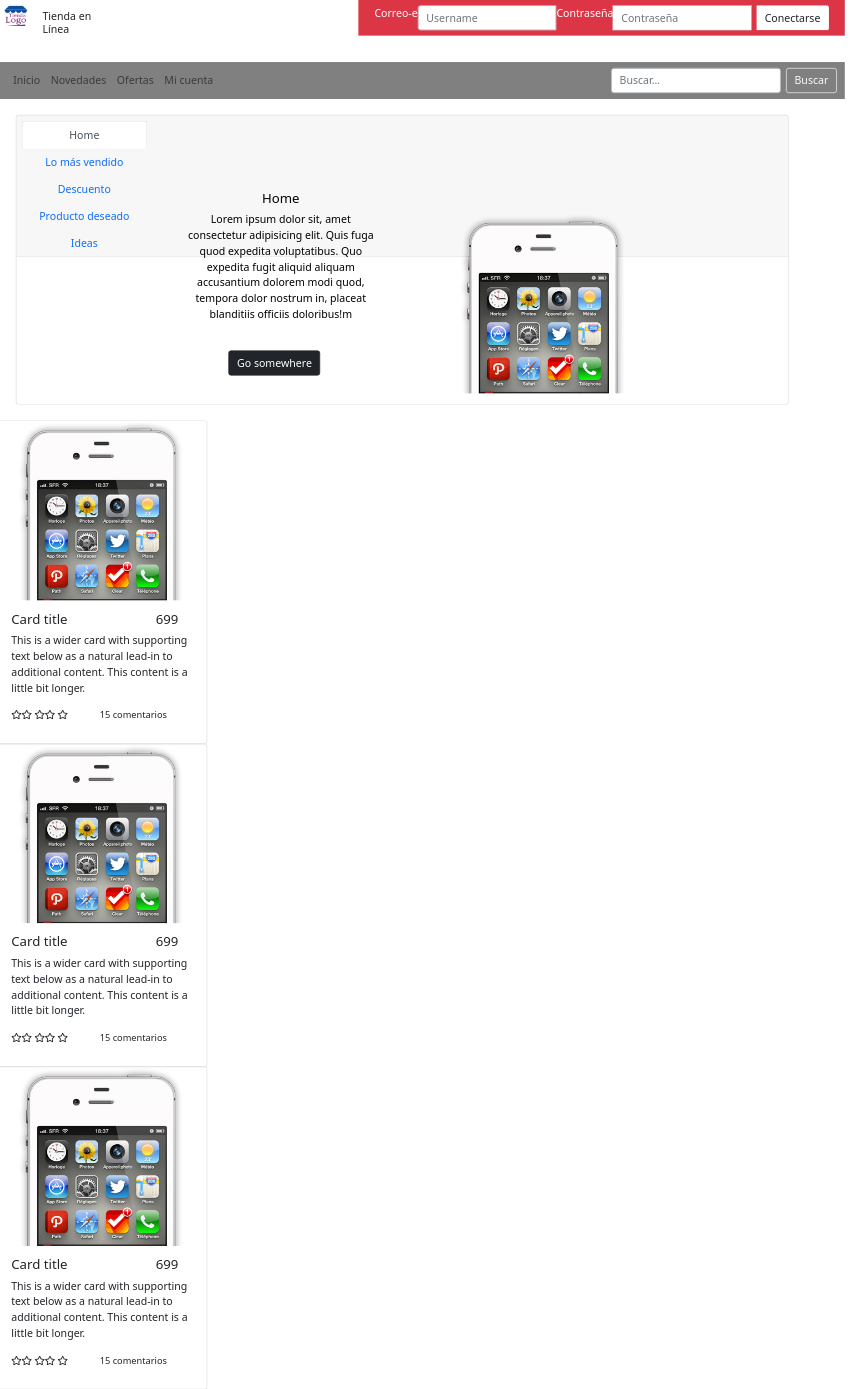
Repository: nicorp00/bootstrapSass
Page: Main/index.html
An editor plug-in stored every save of this project. The page is shown before and after a run of saves, followed by the edit.
The browser window is 1280 px wide. The page is 1292 px wide, so the pictures cover 1292 px, including what lies to the right of the window. The pictures show the whole page, at 66% of full size.
Some web libraries are served in a nearby version. The style sheet was rebuilt from its Sass, Less or Tailwind sources for each picture, by a compiler version that may differ from the author's.

Above is the page before, as saved 2022-03-25 12:04:48.

### Main/index.html
<!DOCTYPE html>
<html lang="en">
<head>
    <meta charset="UTF-8">
    <meta http-equiv="X-UA-Compatible" content="IE=edge">
    <meta name="viewport" content="width=device-width, initial-scale=1.0">
    <title>Document</title>
    <link rel="stylesheet" href="css/style.css">
    <link rel="stylesheet" href="css/bootstrap.min.css">
    <link rel="stylesheet" href="https://use.fontawesome.com/releases/v5.8.1/css/all.css"
        integrity="sha384-50oBUHEmvpQ+1lW4y57PTFmhCaXp0ML5d60M1M7uH2+nqUivzIebhndOJK28anvf" crossorigin="anonymous">
</head>
<body>
    <section class="section__top row">
        <div class="col-2">
            <div class="card mb-3 border-0" style="max-width: 540px;">
                <div class="row g-0">
                  <div class="col-md-3">
                    <img src="img/logo.png" class="img-fluid rounded-start" alt="...">
                  </div>
                  <div class="col-md-9">
                    <div class="card-body">
                      <h6 class="card-title">Tienda en Línea</h6>
                    </div>
                  </div>
                </div>
              </div>
        </div>
        <div class="col-3"></div>
        <div class="top-nav col-7">
            <nav class="navbar navbar-danger bg-danger">
                <form class="container-fluid">
                  <div class="input-group">
                    <!--<span class="input-group-text" id="basic-addon1">@</span>-->
                    Correo-e<input type="text" class="form-control" placeholder="Username" aria-label="Correo@" aria-describedby="basic-addon1">
                    Contraseña<input class="form-control me-2" type="search" placeholder="Contraseña" aria-label="Search">
                    <button class="btn btn-outline" type="submit">Conectarse</button>
                  </div>
                </form>
              </nav>
        </div>
    </section>

    <section class="section__nav">
        <nav class="navbar navbar-expand-lg navbar-light">
            <div class="container-fluid">
              <button class="navbar-toggler" type="button" data-bs-toggle="collapse" data-bs-target="#navbarSupportedContent" aria-controls="navbarSupportedContent" aria-expanded="false" aria-label="Toggle navigation">
                <span class="navbar-toggler-icon"></span>
              </button>
              <div class="collapse navbar-collapse" id="navbarSupportedContent">
                <ul class="navbar-nav me-auto mb-2 mb-lg-0">
                  <li class="nav-item">
                    <a class="nav-link" aria-current="page" href="#">Inicio</a>
                  </li>
                  <li class="nav-item">
                    <a class="nav-link" href="#">Novedades</a>
                  </li>
                  <li class="nav-item">
                    <a class="nav-link" href="#">Ofertas</a>
                  </li>
                  <li class="nav-item">
                    <a class="nav-link" href="#">Mi cuenta</a>
                  </li>
                </ul>
                <form class="d-flex">
                  <input class="form-control me-2" type="search" placeholder="Buscar..." aria-label="Search">
                  <button class="btn btn-outline-light" type="submit">Buscar</button>
                </form>
              </div>
            </div>
          </nav>
    </section>

    <section class="section__1">
        <div class="row">
            <div class="m-4 col-11 text-black">
                <div class="card text-center">
                    <div class="card-header">
                        <ul class="nav nav-tabs card-header-tabs flex-column col-2" id="myTab">
                            <li class="nav-item">
                                <a href="#home" class="nav-link active" data-bs-toggle="tab">Home</a>
                            </li>
                            <li class="nav-item">
                                <a href="#vendido" class="nav-link" data-bs-toggle="tab">Lo más vendido</a>
                            </li>
                            <li class="nav-item">
                                <a href="#descuento" class="nav-link" data-bs-toggle="tab">Descuento</a>
                            </li>
                            <li class="nav-item">
                              <a href="#deseado" class="nav-link" data-bs-toggle="tab">Producto deseado</a>
                          </li>
                          <li class="nav-item">
                                <a href="#ideas" class="nav-link" data-bs-toggle="tab">Ideas</a>
                            </li>
                        </ul>
                    </div>
                    <div class="card-body">
                        <div class="tab-content">
                            <div class="tab-pane fade show active" id="home">
                                <h5 class="card-title col-4">Home</h5>
                                <p class="card-text col-4">Lorem ipsum dolor sit, amet consectetur adipisicing elit. Quis fuga quod expedita voluptatibus. Quo expedita fugit aliquid aliquam accusantium dolorem modi quod, tempora dolor nostrum in, placeat blanditiis officiis doloribus!m</p>
                                <a href="#" class="btn btn-dark">Go somewhere</a>
                                <img class="img-fluid col-4" src="img/iphone.png">
                            </div>

                            <div class="tab-pane fade show" id="vendido">
                              <h5 class="card-title col-4">Home</h5>
                              <p class="card-text col-4">Lorem ipsum dolor sit, amet consectetur adipisicing elit. Quis fuga quod expedita voluptatibus. Quo expedita fugit aliquid aliquam accusantium dolorem modi quod, tempora dolor nostrum in, placeat blanditiis officiis doloribus!m</p>
                              <a href="#" class="btn btn-dark">Go somewhere</a>
                              <img class="img-fluid col-4" src="img/ipad.png">
                          </div>

                          <div class="tab-pane fade show" id="descuento">
                            <h5 class="card-title col-4">Home</h5>
                            <p class="card-text col-4">Lorem ipsum dolor sit, amet consectetur adipisicing elit. Quis fuga quod expedita voluptatibus. Quo expedita fugit aliquid aliquam accusantium dolorem modi quod, tempora dolor nostrum in, placeat blanditiis officiis doloribus!m</p>
                            <a href="#" class="btn btn-dark">Go somewhere</a>
                            <img class="img-fluid col-4" src="img/ps4.png">
                        </div>

                        <div class="tab-pane fade show" id="deseado">
                          <h5 class="card-title col-4">Home</h5>
                          <p class="card-text col-4">Lorem ipsum dolor sit, amet consectetur adipisicing elit. Quis fuga quod expedita voluptatibus. Quo expedita fugit aliquid aliquam accusantium dolorem modi quod, tempora dolor nostrum in, placeat blanditiis officiis doloribus!m</p>
                          <a href="#" class="btn btn-dark">Go somewhere</a>
                          <img class="img-fluid col-4" src="img/s5.png">
                      </div>

                      <div class="tab-pane fade show" id="ideas">
                        <h5 class="card-title col-4">Home</h5>
                        <p class="card-text col-4">Lorem ipsum dolor sit, amet consectetur adipisicing elit. Quis fuga quod expedita voluptatibus. Quo expedita fugit aliquid aliquam accusantium dolorem modi quod, tempora dolor nostrum in, placeat blanditiis officiis doloribus!m</p>
                        <a href="#" class="btn btn-dark">Go somewhere</a>
                        <img class="img-fluid col-4" src="img/tv.png">
                    </div>
                        </div>
                    </div>
                </div>
            </div>
        </div>
    </section>

    <section class="">
      <div class="row">
        <div class="card col-3">
          <img src="img/iphone.png" class="card-img-top img-fluid" alt="...">
          <div class="card-body row">
            <h5 class="card-title col-9">Card title</h5>
            <h5 class="card-title col-3">699</h5>
            <p class="card-text">This is a wider card with supporting text below as a natural lead-in to additional content. This content is a little bit longer.</p>
            <div class="row">
            <p class="card-text col-6"><small class=""><i class="far fa-star"></i><i class="far fa-star"></i>
                                                  <i class="far fa-star"></i><i class="far fa-star"></i>
                                                  <i class="far fa-star"></i>
              </small>
              </p>
              <span class="card-text col-6"><small class="">15 comentarios</small></span>
            </div>
          </div>
        </div>
      </div>

      <div class="row">
        <div class="card col-3">
          <img src="img/iphone.png" class="card-img-top img-fluid" alt="...">
          <div class="card-body row">
            <h5 class="card-title col-9">Card title</h5>
            <h5 class="card-title col-3">699</h5>
            <p class="card-text">This is a wider card with supporting text below as a natural lead-in to additional content. This content is a little bit longer.</p>
            <div class="row">
            <p class="card-text col-6"><small class=""><i class="far fa-star"></i><i class="far fa-star"></i>
                                                  <i class="far fa-star"></i><i class="far fa-star"></i>
                                                  <i class="far fa-star"></i>
              </small>
              </p>
              <span class="card-text col-6"><small class="">15 comentarios</small></span>
            </div>
          </div>
        </div>
      </div>

      <div class="row">
        <div class="card col-3">
          <img src="img/iphone.png" class="card-img-top img-fluid" alt="...">
          <div class="card-body row">
            <h5 class="card-title col-9">Card title</h5>
            <h5 class="card-title col-3">699</h5>
            <p class="card-text">This is a wider card with supporting text below as a natural lead-in to additional content. This content is a little bit longer.</p>
            <div class="row">
            <p class="card-text col-6"><small class=""><i class="far fa-star"></i><i class="far fa-star"></i>
                                                  <i class="far fa-star"></i><i class="far fa-star"></i>
                                                  <i class="far fa-star"></i>
              </small>
              </p>
              <span class="card-text col-6"><small class="">15 comentarios</small></span>
            </div>
          </div>
        </div>
      </div>
    </section>
    <script src="js/bootstrap.min.js"></script>
</body>
</html>

### Main/scss/style.scss
@use 'section__top';
@use 'section__nav';
@use 'section__1';

### Main/scss/_section__top.scss
.section__top{
    span{
        margin-left: 20%;
    }
    form{
        color: white;
    }
    button{
        background-color: white;
    }
}

### Main/scss/_section__nav.scss
.section__nav{
    background-color: grey;

    .nav-item{
        color: white;
    }
}

### Main/scss/_section__1.scss
.section__1{
    .card-body{
        margin-left: 20%;
        margin-top: -10%;

        img{
            margin-top: -20%;
            margin-left: 20%;
        }

        .btn{
            margin-left: -15%;
        }

    }
}

Loaded but not shown: Main/css/bootstrap.min.css (library); Main/js/bootstrap.min.js (library)

After the next 2 saves:
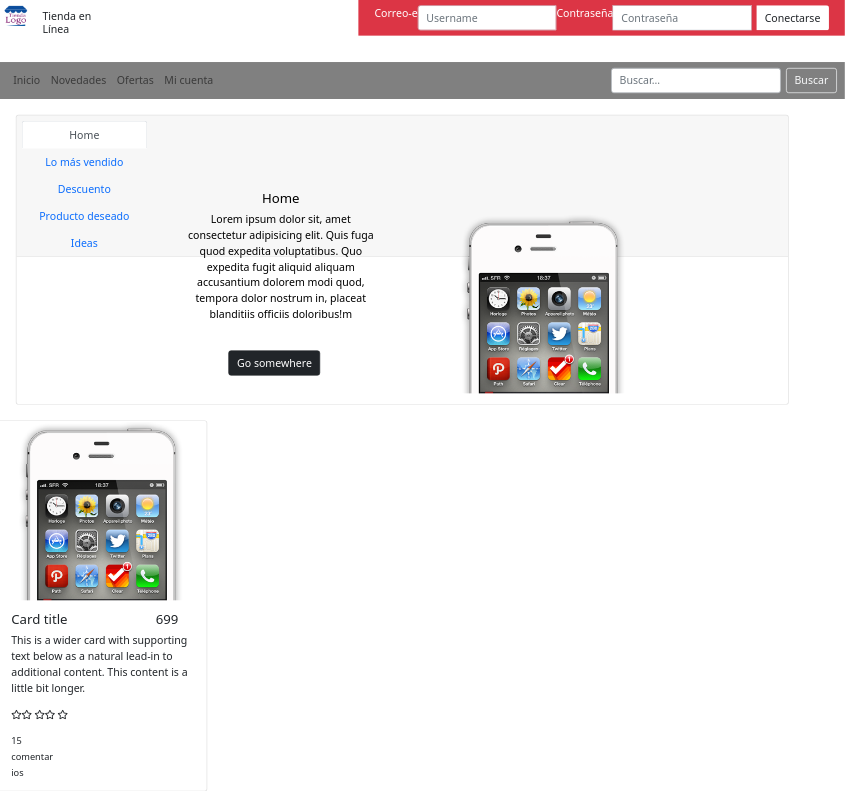
The 2 saves are shown as one change because they came seconds apart.
The last was saved 11 s later.
--- a/Main/index.html
+++ b/Main/index.html
@@ -146,50 +146,12 @@
             <h5 class="card-title col-3">699</h5>
             <p class="card-text">This is a wider card with supporting text below as a natural lead-in to additional content. This content is a little bit longer.</p>
             <div class="row">
-            <p class="card-text col-6"><small class=""><i class="far fa-star"></i><i class="far fa-star"></i>
+            <p class="card-text col-"><small class=""><i class="far fa-star"></i><i class="far fa-star"></i>
                                                   <i class="far fa-star"></i><i class="far fa-star"></i>
                                                   <i class="far fa-star"></i>
               </small>
               </p>
-              <span class="card-text col-6"><small class="">15 comentarios</small></span>
-            </div>
-          </div>
-        </div>
-      </div>
-
-      <div class="row">
-        <div class="card col-3">
-          <img src="img/iphone.png" class="card-img-top img-fluid" alt="...">
-          <div class="card-body row">
-            <h5 class="card-title col-9">Card title</h5>
-            <h5 class="card-title col-3">699</h5>
-            <p class="card-text">This is a wider card with supporting text below as a natural lead-in to additional content. This content is a little bit longer.</p>
-            <div class="row">
-            <p class="card-text col-6"><small class=""><i class="far fa-star"></i><i class="far fa-star"></i>
-                                                  <i class="far fa-star"></i><i class="far fa-star"></i>
-                                                  <i class="far fa-star"></i>
-              </small>
-              </p>
-              <span class="card-text col-6"><small class="">15 comentarios</small></span>
-            </div>
-          </div>
-        </div>
-      </div>
-
-      <div class="row">
-        <div class="card col-3">
-          <img src="img/iphone.png" class="card-img-top img-fluid" alt="...">
-          <div class="card-body row">
-            <h5 class="card-title col-9">Card title</h5>
-            <h5 class="card-title col-3">699</h5>
-            <p class="card-text">This is a wider card with supporting text below as a natural lead-in to additional content. This content is a little bit longer.</p>
-            <div class="row">
-            <p class="card-text col-6"><small class=""><i class="far fa-star"></i><i class="far fa-star"></i>
-                                                  <i class="far fa-star"></i><i class="far fa-star"></i>
-                                                  <i class="far fa-star"></i>
-              </small>
-              </p>
-              <span class="card-text col-6"><small class="">15 comentarios</small></span>
+              <span class="card-text col-4"><small class="">15 comentarios</small></span>
             </div>
           </div>
         </div>
